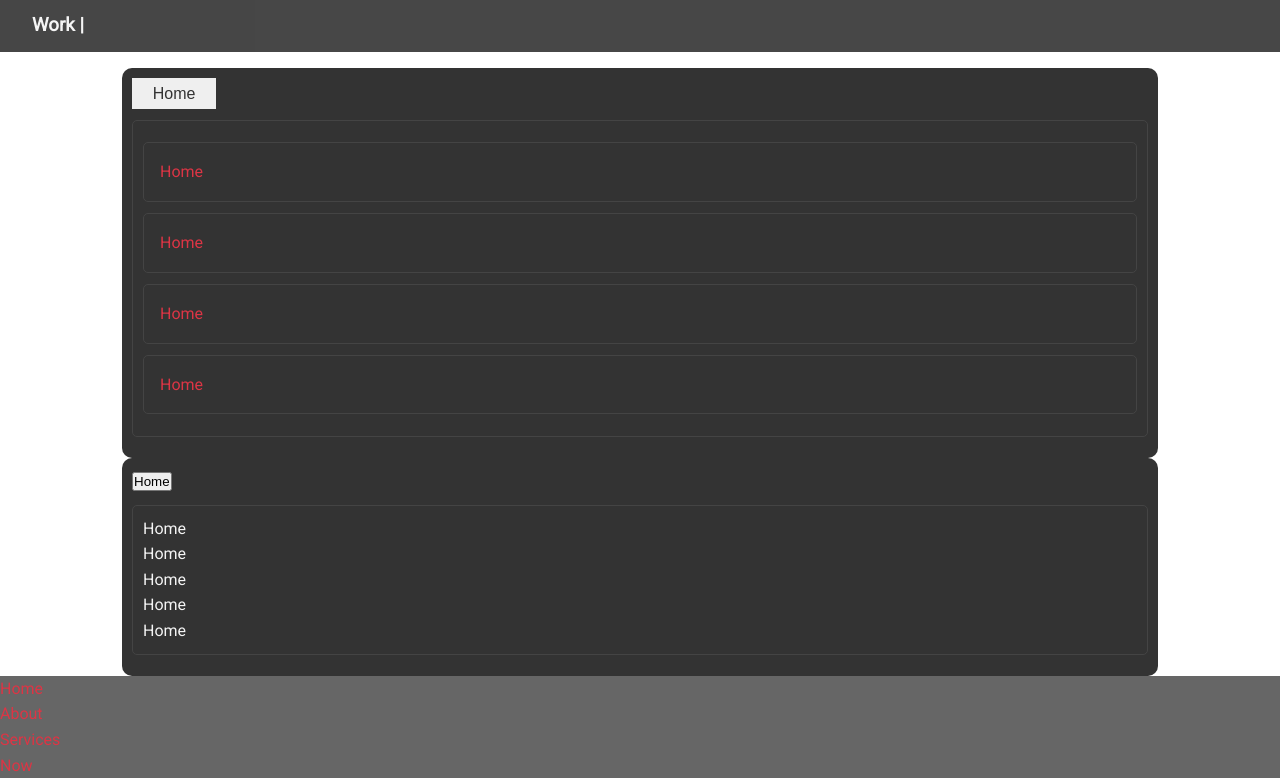
Repository: mxhdiqaim/lenviteck
Page: dist/index.html
An editor plug-in stored every save of this project. The page is shown before and after the next save, followed by the edit.
The browser window is 1280 px wide. The pictures show the whole page.
Some web libraries are served in a nearby version. The style sheet was rebuilt from its Sass, Less or Tailwind sources for each picture, by a compiler version that may differ from the author's.

Above is the page before, as saved 2021-04-14 05:02:34.

### dist/index.html
<!DOCTYPE html>
<html lang="en">
<head>
    <meta charset="UTF-8">
    <meta http-equiv="X-UA-Compatible" content="IE=edge">
    <meta name="viewport" content="width=device-width, initial-scale=1.0">
    <link rel="stylesheet" href="./styles/main.css">
    <link rel="stylesheet" href="https://pro.fontawesome.com/releases/v5.10.0/css/all.css"
    integrity="sha384-AYmEC3Yw5cVb3ZcuHtOA93w35dYTsvhLPVnYs9eStHfGJvOvKxVfELGroGkvsg+p" crossorigin="anonymous" />
    <title>Shop Work</title>
</head>
<body>

  <section class="content">
    <nav class="navbar bg-dark">
        <div class="logo">
            <h1>Work <span>|</span></h1>
        </div>
    </nav>


    <section class="container">
       <div class="works-list">
           <button class="btn btn-dark">Home</button>
           <ul class="card">
               <li class="card"><a href="#">Home</a></li>
               <li class="card"><a href="#">Home</a></li>
               <li class="card"><a href="#">Home</a></li>
               <li class="card"><a href="#">Home</a></li>
           </ul>
       </div>
       <div class="works-list">
        <button>Home</button>
        <ul class="card">
            <li>Home</li>
            <li>Home</li>
            <li>Home</li>
            <li>Home</li>
            <li>Home</li>
        </ul>
    </div>
    </section>
</section>
    <footer>
        <ul>
            <li><a href="#">Home</a></li>
            <li><a href="#">About</a></li>
            <li><a href="#">Services</a></li>
            <li><a href="#">Now</a></li>
        </ul>
    </footer>
</body>
</html>

### dist/styles/main.scss
// Import
@import url('https://fonts.googleapis.com/css?family=Roboto');

// Global variables
$primary-color: #dc3545;
$dark-color: #333333;
$light-color: #f4f4f4;
$danger-color: #dc3545;
$success-color: #28a745;

* {
  padding: 0;
  margin: 0;
  box-sizing: border-box;
}

body {
  font-family: 'Roboto', sans-serif;
  font-size: 1rem;
  line-height: 1.6;
  background-color: #fff;
  color: #333;
}

a {
  color: $primary-color;
  text-decoration: none;

  &:hover {
    color: #666;
  }
}

ul {
  list-style: none;
}

img {
  width: 100%;
}

.container {
  max-width: 1100px;
  margin: auto;
  overflow: hidden;
  padding: 0 2rem;
  cursor: pointer;

  .works-list {
    padding: 10px;
    background: $dark-color;
    color: $light-color   ;
    border-radius: 10px;

    ul {
      transition: transform 1s ease;
      // transform: translateY(-100px);
      padding: 10px;
      // display: none;
      // opacity: 0;
      }
    }
}

.container div ul {

}

.works-list button:focus + ul {
  // display: block;
  // transform: translateY(0px);
  // opacity: 1;

}


// cards

.card {
  padding: 1rem;
  border: #444 1px solid;
  border-radius: 5px;
  margin: 0.7rem 0;
}

.btn {
  display: inline-block;
  background: light-color;
  color: #333;
  padding: 0.4rem 1.3rem;
  font-size: 1rem;
  border: none;
  cursor: pointer;
  margin-right: 0.5rem;
  transition: opacity 0.2s ease-in;
  outline: none;
}




.navbar {
  display: flex;
  justify-content: space-between;
  align-items: center;
  padding: 0.7rem 2rem;
  z-index: 1;
  width: 100%;
  background: $dark-color;
  opacity: 0.9;
  color: $light-color;
  margin-bottom: 1rem;
}

.navbar ul {
  display: flex;
}

.navbar a {
  color: #fff;
  padding: 0.45rem;
  margin: 0 0.25rem;
}

.navbar a:hover {
  color: $light-color;
}


// Footer
footer {
  background: lighten($dark-color, 20);
  display: flex;
}

After the next save:
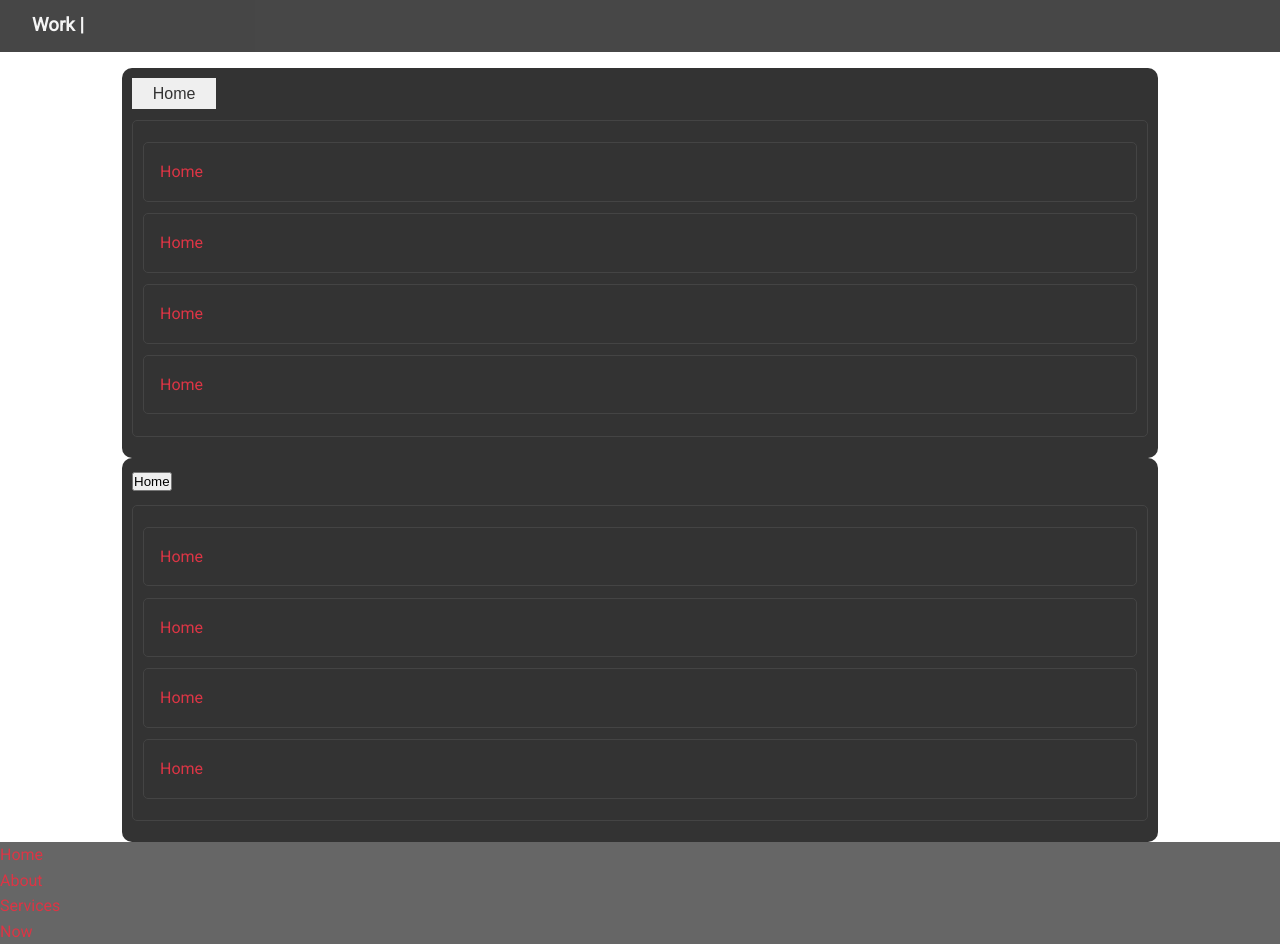
Saved 51 s later.
--- a/dist/index.html
+++ b/dist/index.html
@@ -32,11 +32,10 @@
        <div class="works-list">
         <button>Home</button>
         <ul class="card">
-            <li>Home</li>
-            <li>Home</li>
-            <li>Home</li>
-            <li>Home</li>
-            <li>Home</li>
+            <li class="card"><a href="#">Home</a></li>
+            <li class="card"><a href="#">Home</a></li>
+            <li class="card"><a href="#">Home</a></li>
+            <li class="card"><a href="#">Home</a></li>
         </ul>
     </div>
     </section>
